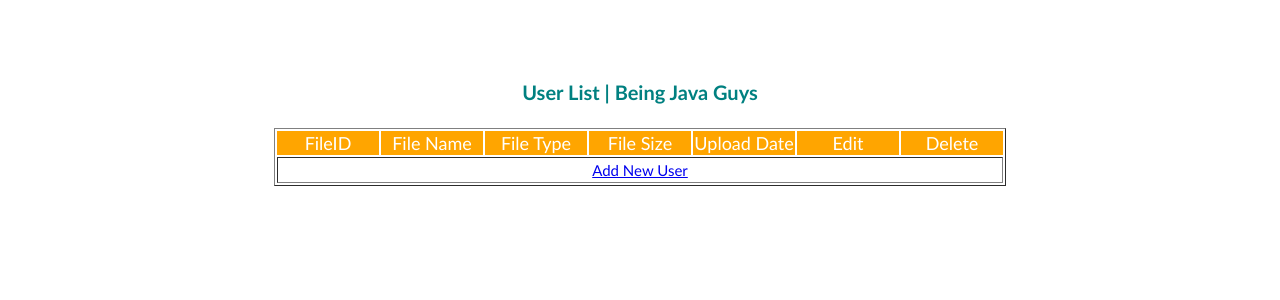
Repository: cs192-s2-2013/coffee
Page: http://localhost/BCOnlineClassroom/WEB-INF/jsp/matFileList.jsp
An editor plug-in stored every save of this project. The page is shown before and after the next save, followed by the edit.
The browser window is 1280 px wide. The pictures show the whole page.
The page is served by Tomcat 9. Nobody is signed in. The template is opened directly, without the code that normally fills it, so the values that code supplies are empty.

Above is the page before, as saved 2014-02-15 06:32:47.

After the next save:
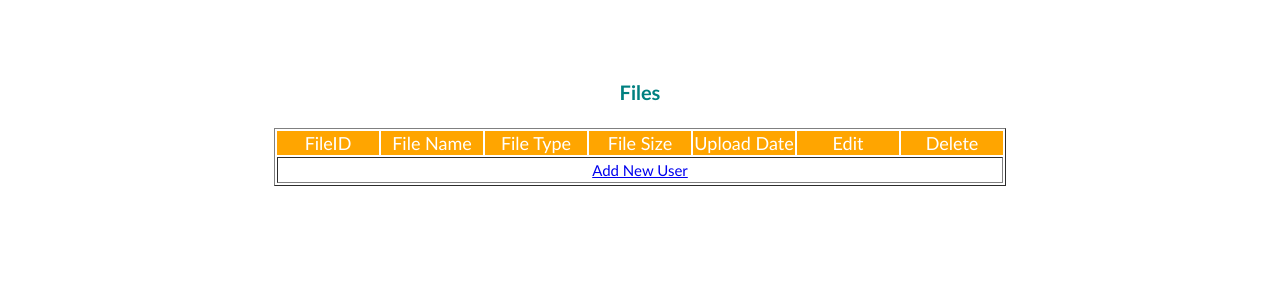
Saved 31 s later.
--- a/BCOnlineClassroom/WebContent/WEB-INF/jsp/matFileList.jsp
+++ b/BCOnlineClassroom/WebContent/WEB-INF/jsp/matFileList.jsp
@@ -5,7 +5,7 @@
 <%@ taglib uri="http://java.sun.com/jsp/jstl/core" prefix="c"%>
 <html>
 <head>
-<title>Being Java Guys | Spring DI Hello World</title>
+<title>Blue Coffee | Online Classroom </title>
 <style>
 body {
 	font-size: 20px;
@@ -31,8 +31,7 @@
 </head>
 <body>
 	<center>
-		<br /> <br /> <br /> <b>User
-			List | Being Java Guys </b><br /> <br />
+		<br /> <br /> <br /> <b>Files </b><br /> <br />
 
 
 
